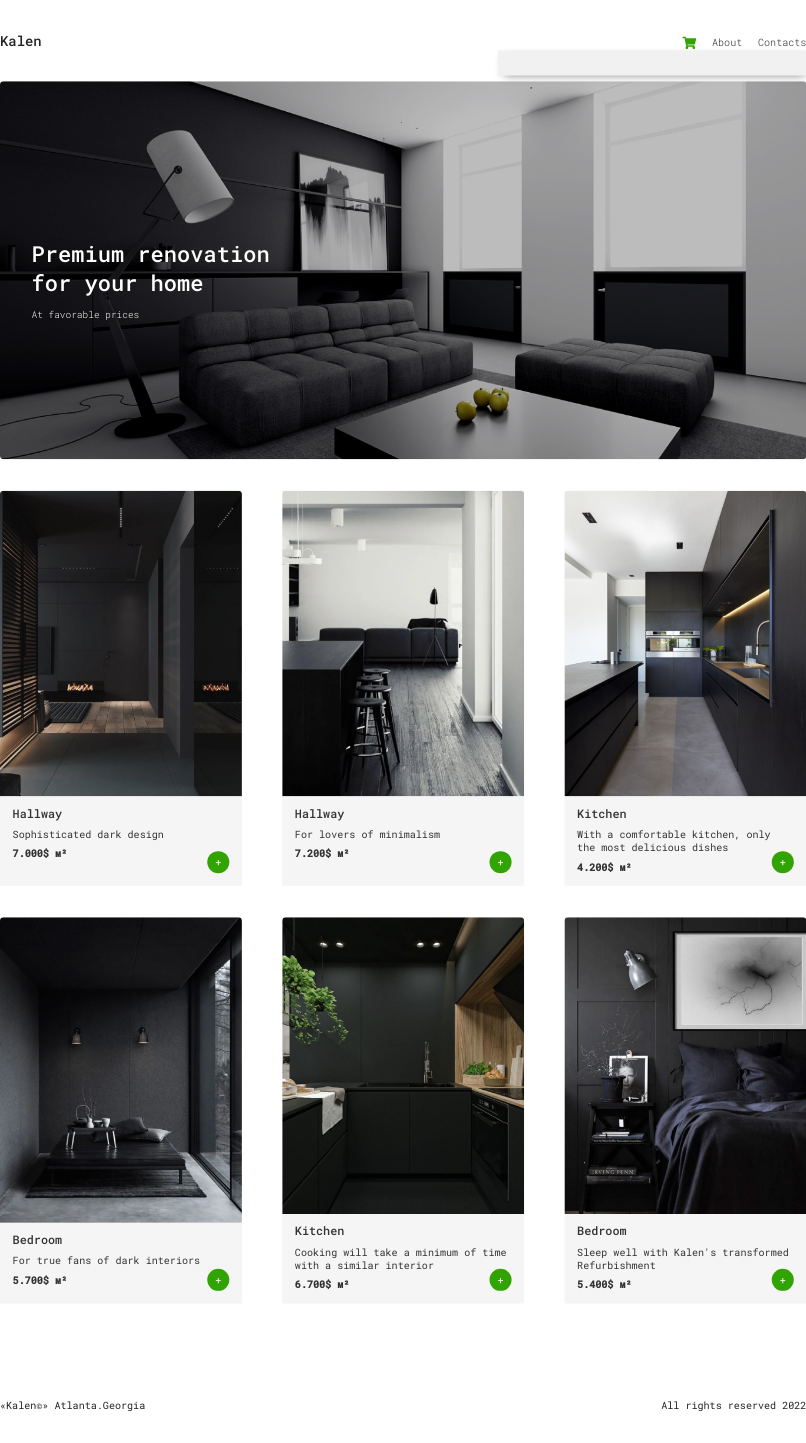
Repository: luckystar20206/e-commerce-react
Page: /, after clicking the first element matching `svg.header__shop`
An editor plug-in stored every save of this project. The page is shown before and after a run of saves, followed by the edit.
The browser window is 1280 px wide. The pictures show the whole page, at 63% of full size.
The project was rebuilt for these pictures with package versions that can differ from the ones it lists, and the page was loaded fresh each time. Also part of the build but not shown: src/components/Order/Order.css, src/components/Order/Order.jsx.

Above is the page before, as saved 2022-11-30 18:43:41.

After the next 2 saves:
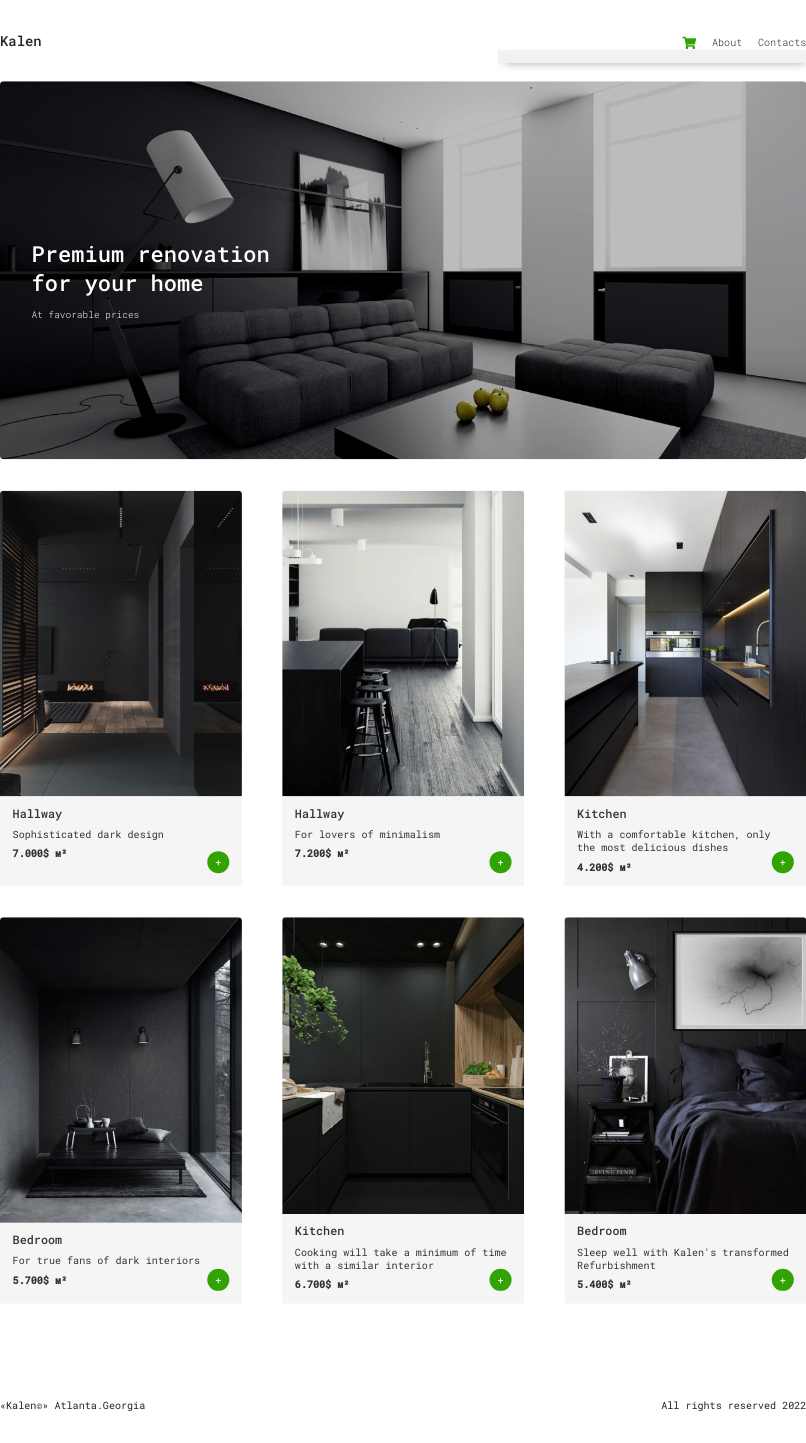
The 2 saves are shown as one change because they came seconds apart.
The last was saved 48 s later.
--- a/src/components/Header/Header.css
+++ b/src/components/Header/Header.css
@@ -27,6 +27,7 @@
 	z-index: 1000;
 
 	padding: 20px;
+	padding-bottom: 0;
 }
 
 .header__nav {
